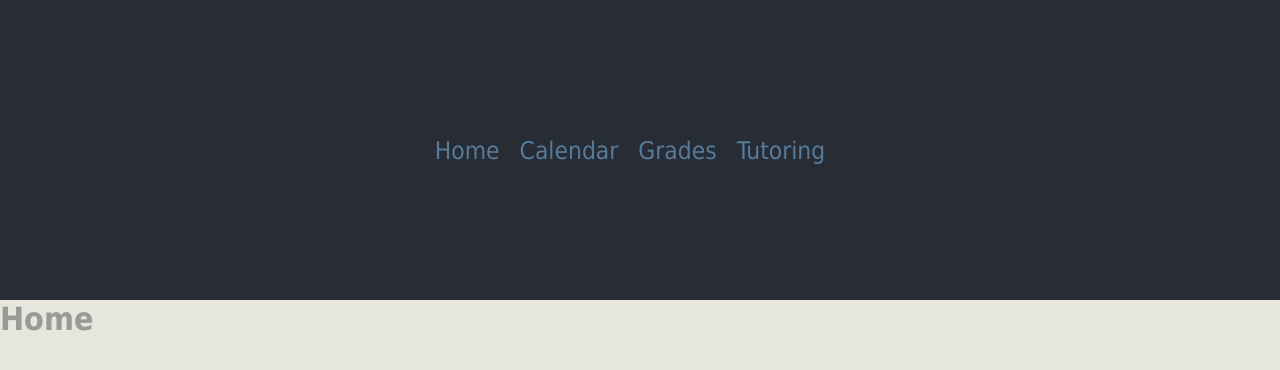
Repository: adityajbir/hackathon2024
Page: / (app in src/my-app/)
The author's editor kept a copy of each file at every save. The page is drawn from the files as they stood at one save, then again after the next save.
The browser window is 1280 px wide. The pictures show the whole page.
The project was rebuilt for these pictures with package versions that can differ from the ones it lists, and the page was loaded fresh each time. Also part of the build but not shown: src/my-app/src/Pages/Grades.js, src/my-app/src/Pages/Tutoring.js, src/my-app/src/Pages/Calendar.css, src/my-app/src/Pages/CalendarPage.js.

Above is the page before, as saved 2024-03-23 15:12:20.

After the next save:
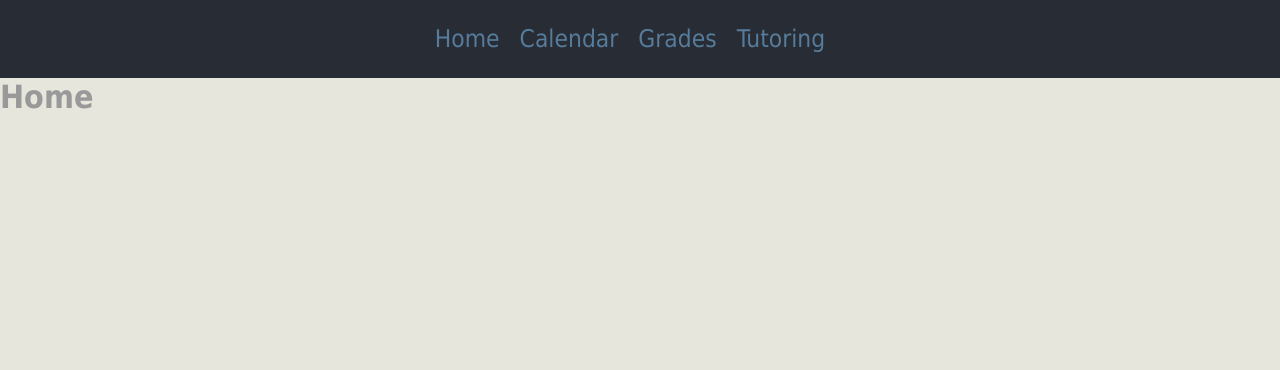
Saved 82 s later.
--- a/src/my-app/src/App.css
+++ b/src/my-app/src/App.css
@@ -21,7 +21,7 @@
     justify-content: center;
     font-size: calc(10px + 2vmin);
     color: white;
-    height: 300px;
+    height: auto;
   }
 
   .currHeight {
